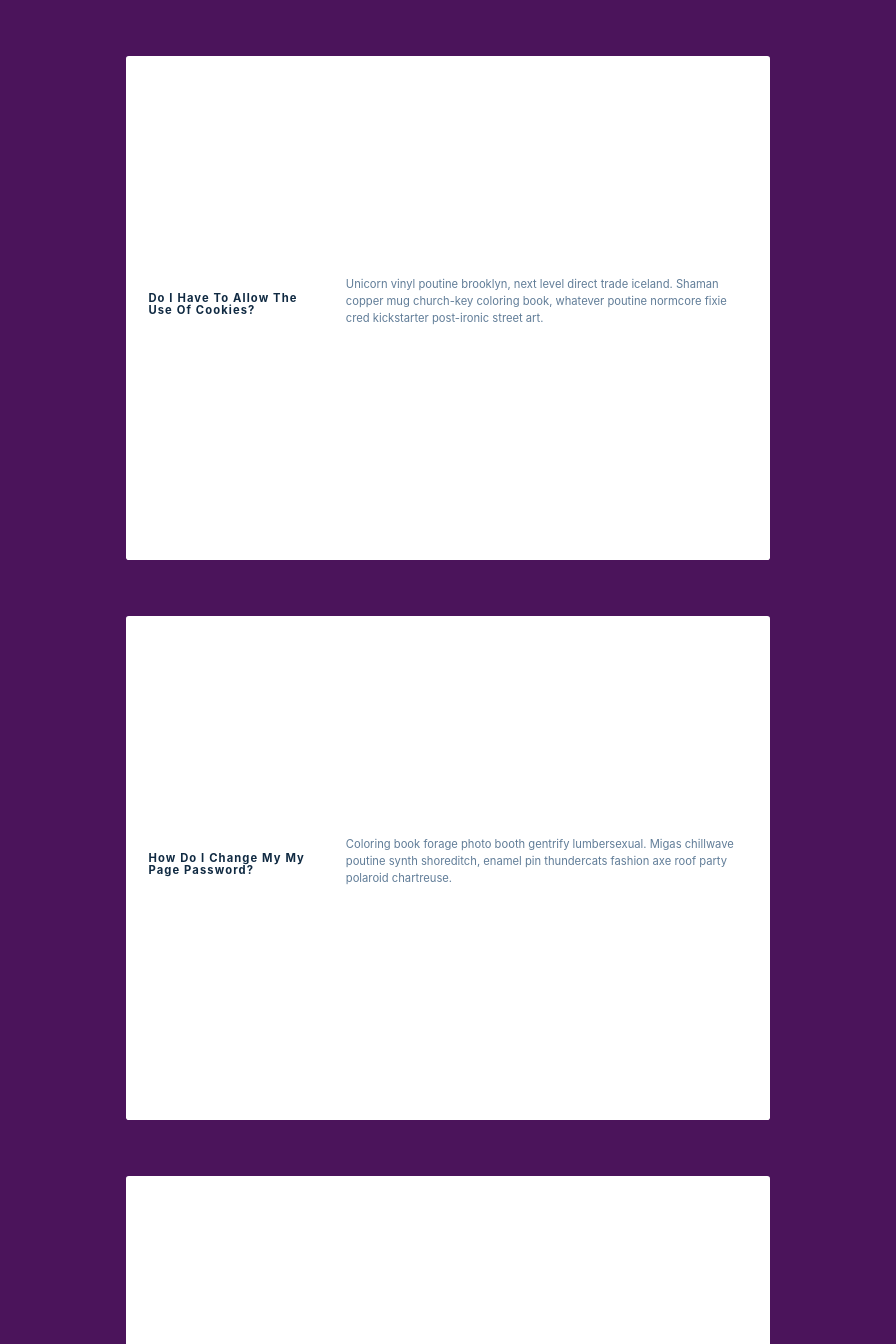
Repository: Reghanoid/Accordion
Page: /
The author's editor kept a copy of each file at every save. The page is drawn from the files as they stood at one save, then again after the next save.
The browser window is 1280 px wide. The pictures show the part of the page from y = 0 to 1920 px (the page is 4080 px tall), at 70% of full size.
The project was rebuilt for these pictures with package versions that can differ from the ones it lists, and the page was loaded fresh each time.

Above is the page before, as saved 2022-06-06 15:02:12.

### src/App.js
import React, { useState } from 'react'
import data from './data'
import SingleQuestion from './Question'
function App() {
  return (
    <div>
      {data.map((datum) => (
        <SingleQuestion key={datum.id} title={datum.title} info={datum.info} />
      ))}
    </div>
  )
}

export default App

### src/data.js
const questions = [
  {
    id: 1,
    title: 'Do I have to allow the use of cookies?',
    info:
      'Unicorn vinyl poutine brooklyn, next level direct trade iceland. Shaman copper mug church-key coloring book, whatever poutine normcore fixie cred kickstarter post-ironic street art.',
  },
  {
    id: 2,
    title: 'How do I change my My Page password?',
    info:
      'Coloring book forage photo booth gentrify lumbersexual. Migas chillwave poutine synth shoreditch, enamel pin thundercats fashion axe roof party polaroid chartreuse.',
  },
  {
    id: 3,
    title: 'What is BankID?',
    info:
      'Enamel pin fam sustainable woke whatever venmo. Authentic asymmetrical put a bird on it, lumbersexual activated charcoal kinfolk banjo cred pickled sartorial.',
  },
  {
    id: 4,
    title: 'Whose birth number can I use?',
    info:
      'Edison bulb direct trade gentrify beard lo-fi seitan sustainable roof party franzen occupy squid. Knausgaard cronut succulents, scenester readymade shabby chic lyft. Copper mug meh vegan gentrify.',
  },
  {
    id: 5,
    title: 'When do I recieve a password ordered by letter?',
    info:
      'Locavore franzen fashion axe live-edge neutra irony synth af tilde shabby chic man braid chillwave waistcoat copper mug messenger bag. Banjo snackwave blog, microdosing thundercats migas vaporware viral lo-fi seitan ',
  },
]
export default questions

### src/Question.js
import React, { useState } from 'react'
import { AiOutlineMinus, AiOutlinePlus } from 'react-icons/ai'
const Question = (props) => {
  return (
    <main className='container'>
      <h4> {props.title} </h4>
      <p> {props.info} </p>
    </main>
  )
}

export default Question

Loaded but not shown: public/index.html (common file); src/index.js (common file); src/index.css (common file)

After the next save:
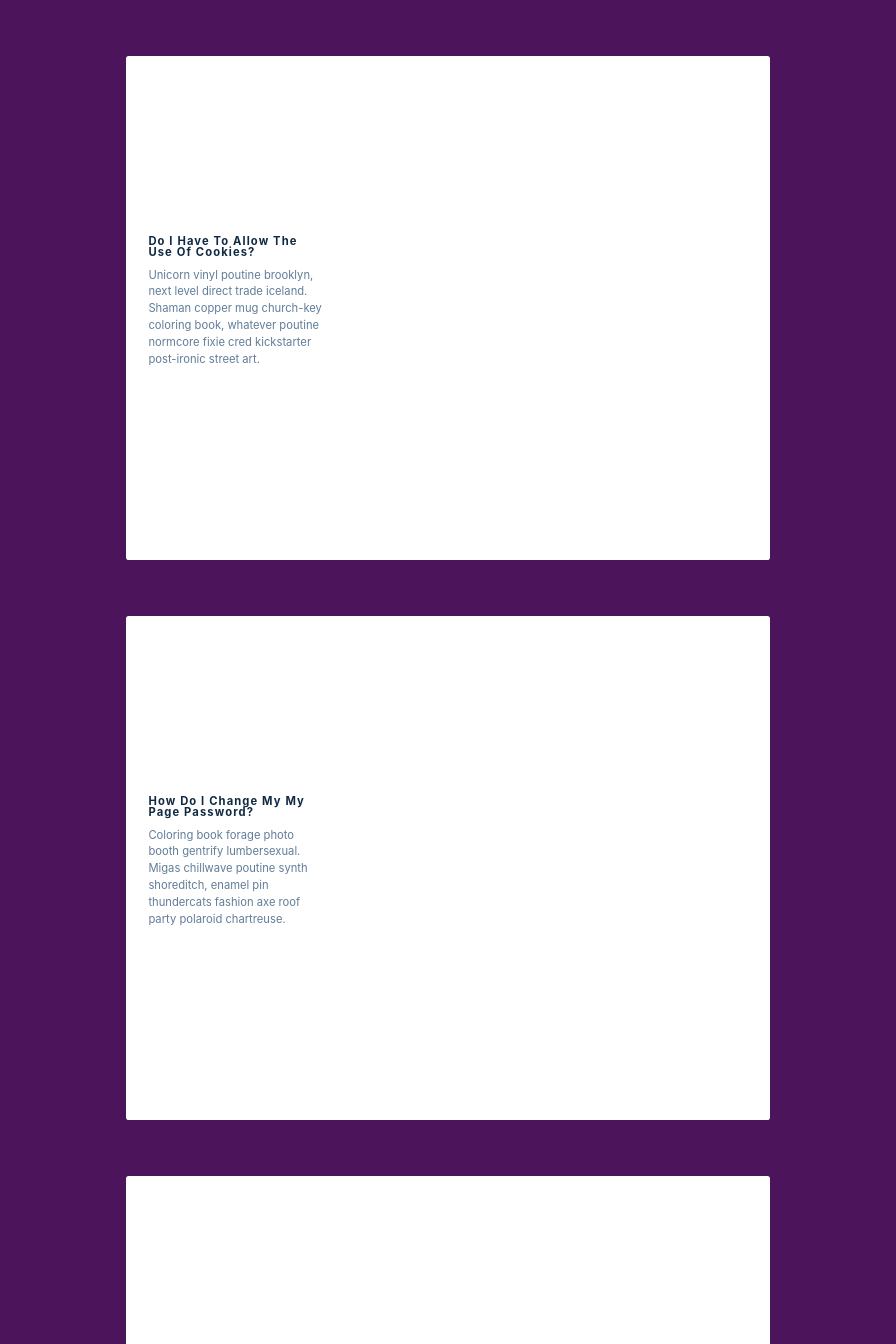
Saved 79 s later.
--- a/src/Question.js
+++ b/src/Question.js
@@ -3,8 +3,10 @@ import { AiOutlineMinus, AiOutlinePlus } from 'react-icons/ai'
 const Question = (props) => {
   return (
     <main className='container'>
-      <h4> {props.title} </h4>
-      <p> {props.info} </p>
+      <div>
+        <h4> {props.title} </h4>
+        <p> {props.info} </p>
+      </div>
     </main>
   )
 }
